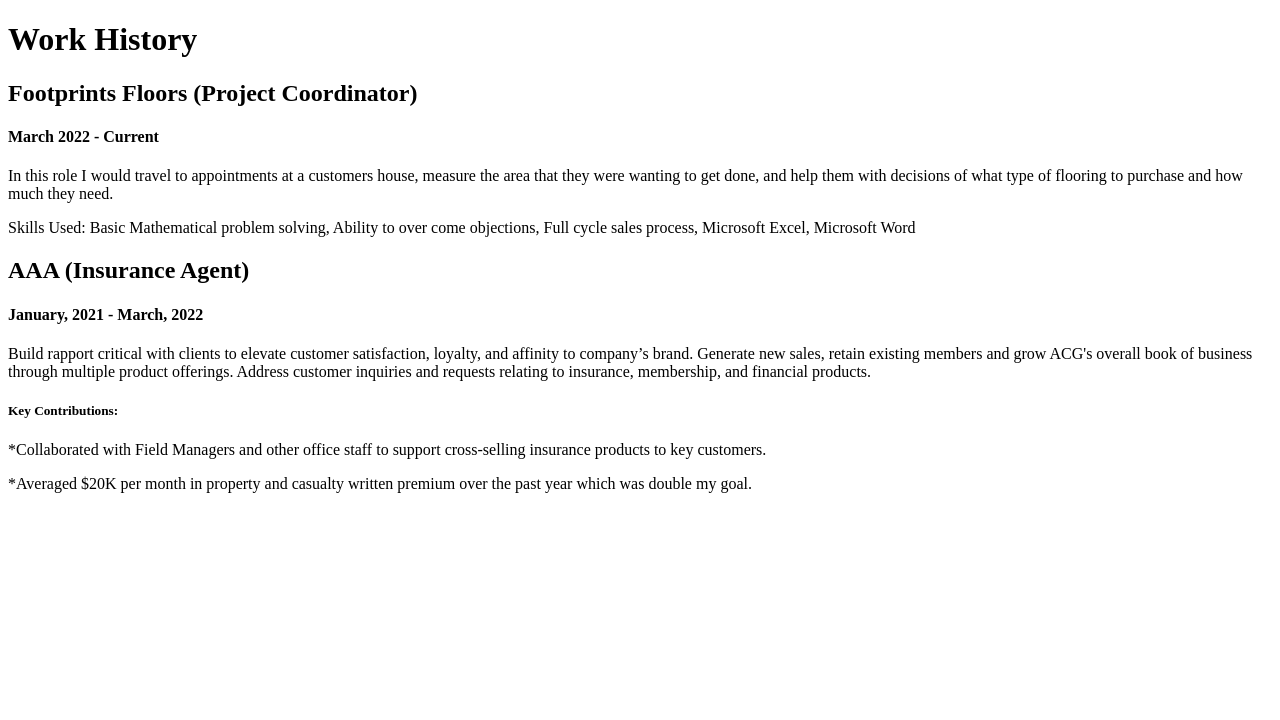
Repository: TEazy2433/LAB-HTML-Resume
Page: index.html
An editor plug-in stored every save of this project. The page is shown before and after the next save, followed by the edit.
The browser window is 1280 px wide. The pictures show the whole page.

Above is the page before, as saved 2023-10-11 18:47:31.

### index.html
<!DOCTYPE html>
<html lang="en">
<head>
  <meta charset="UTF-8">
  <meta name="viewport" content="width=device-width, initial-scale=1.0">
  <title>Resume</title>
<link rel="stylesheet" href="main.css">
</head>
<body>
  <H1>Work History</H1>
  <article id="articleOne">
    <h2>Footprints Floors (Project Coordinator)</h2>
    <h4>March 2022 - Current</h4>
    <section></section>
      <p>In this role I would travel to appointments at a customers house, measure the area that they were wanting to get done, and help them with decisions of what type of flooring to purchase and how much they need.</p>
        <p>Skills Used: Basic Mathematical problem solving, Ability to over come objections, Full cycle sales process, Microsoft Excel, Microsoft Word</p>

        <h2>AAA (Insurance Agent)</h2>
        <h4>January, 2021 - March, 2022</h4>
        <p>Build rapport critical with clients to elevate customer satisfaction, loyalty, and affinity to company’s brand. Generate new sales, retain existing members and grow ACG's overall book of business through multiple product offerings. Address customer inquiries and requests relating to insurance, membership, and financial products.
        </p>
        <h5>Key Contributions:</h5>
        <p>*Collaborated with Field Managers and other office staff to support cross-selling insurance products to key customers.</p>
        <p>*Averaged $20K per month in property and casualty written premium over the past year which was double my goal.</p>

  </article>
  <script src="main.js"></script>
</body>
</html>

### main.js
console.log("Resume");

Loaded but not shown: main.css (common file)

After the next save:
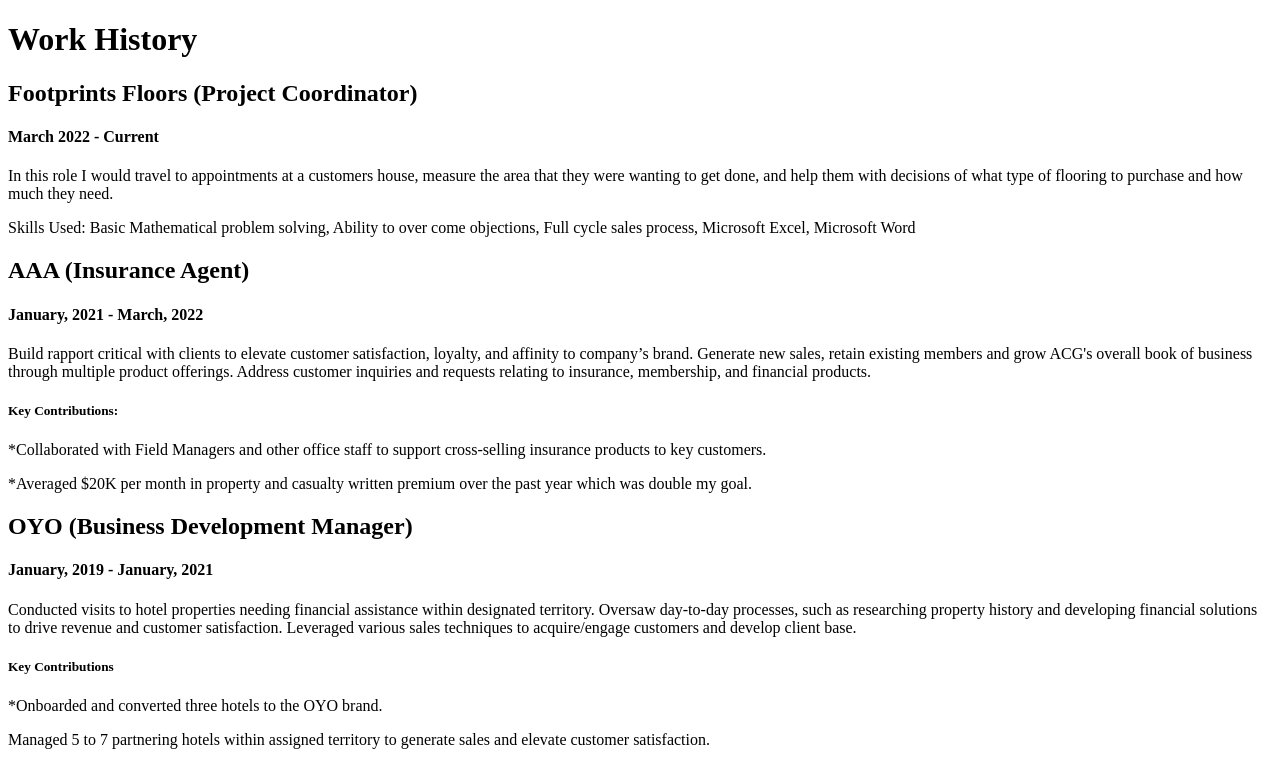
Saved 7 min 44 s later.
--- a/index.html
+++ b/index.html
@@ -15,6 +15,7 @@
       <p>In this role I would travel to appointments at a customers house, measure the area that they were wanting to get done, and help them with decisions of what type of flooring to purchase and how much they need.</p>
         <p>Skills Used: Basic Mathematical problem solving, Ability to over come objections, Full cycle sales process, Microsoft Excel, Microsoft Word</p>
 
+        <article id="articleTwo"></article>
         <h2>AAA (Insurance Agent)</h2>
         <h4>January, 2021 - March, 2022</h4>
         <p>Build rapport critical with clients to elevate customer satisfaction, loyalty, and affinity to company’s brand. Generate new sales, retain existing members and grow ACG's overall book of business through multiple product offerings. Address customer inquiries and requests relating to insurance, membership, and financial products.
@@ -23,6 +24,15 @@
         <p>*Collaborated with Field Managers and other office staff to support cross-selling insurance products to key customers.</p>
         <p>*Averaged $20K per month in property and casualty written premium over the past year which was double my goal.</p>
 
+        <article id="articleThree"></article>
+        <h2>OYO (Business Development Manager)</h2>
+        <h4>January, 2019 - January, 2021</h4>
+        <p>Conducted visits to hotel properties needing financial assistance within designated territory. Oversaw day-to-day processes, such as researching property history and developing financial solutions to drive revenue and customer satisfaction. Leveraged various sales techniques to acquire/engage customers and develop client base.</p>
+
+        <h5>Key Contributions</h5>
+        <p>*Onboarded and converted three hotels to the OYO brand.</p>
+        <p>Managed 5 to 7 partnering hotels within assigned territory to generate sales and elevate customer satisfaction.</p>
+
   </article>
   <script src="main.js"></script>
 </body>
